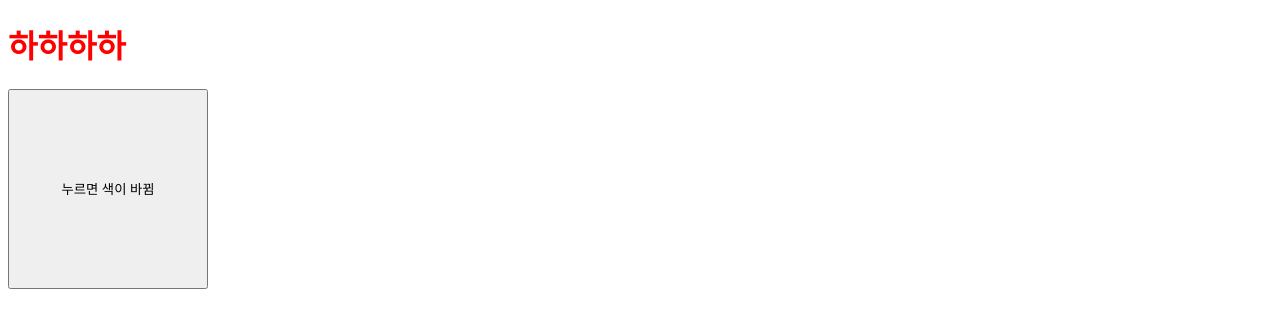
Repository: jun01270/F-E-practice
Page: index.html
The author's editor kept a copy of each file at every save. The page is drawn from the files as they stood at one save, then again after the next save.
The browser window is 1280 px wide. The pictures show the whole page.
After loading, the first visible `#laugh` was clicked once.

Above is the page before, as saved 2022-12-12 19:42:08.

After the next save:
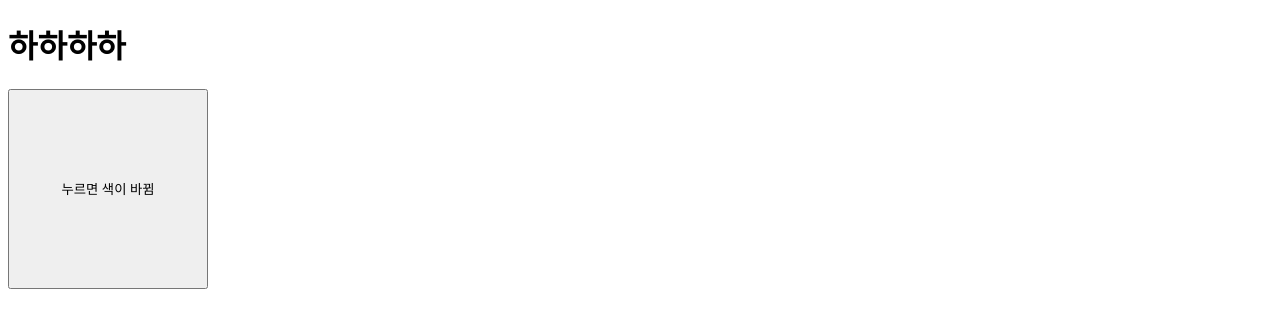
Saved 29 s later.
--- a/app.js
+++ b/app.js
@@ -25,9 +25,7 @@ function afterClick() {
   console.log("CLick!!!");
   console.log(title);
   if (title.style.color === "red") {
-    title.style.color = "Yellow";
-  } else {
-    title.style.color = "red";
+    title.style.color = whatColors;
   }
 }
 
